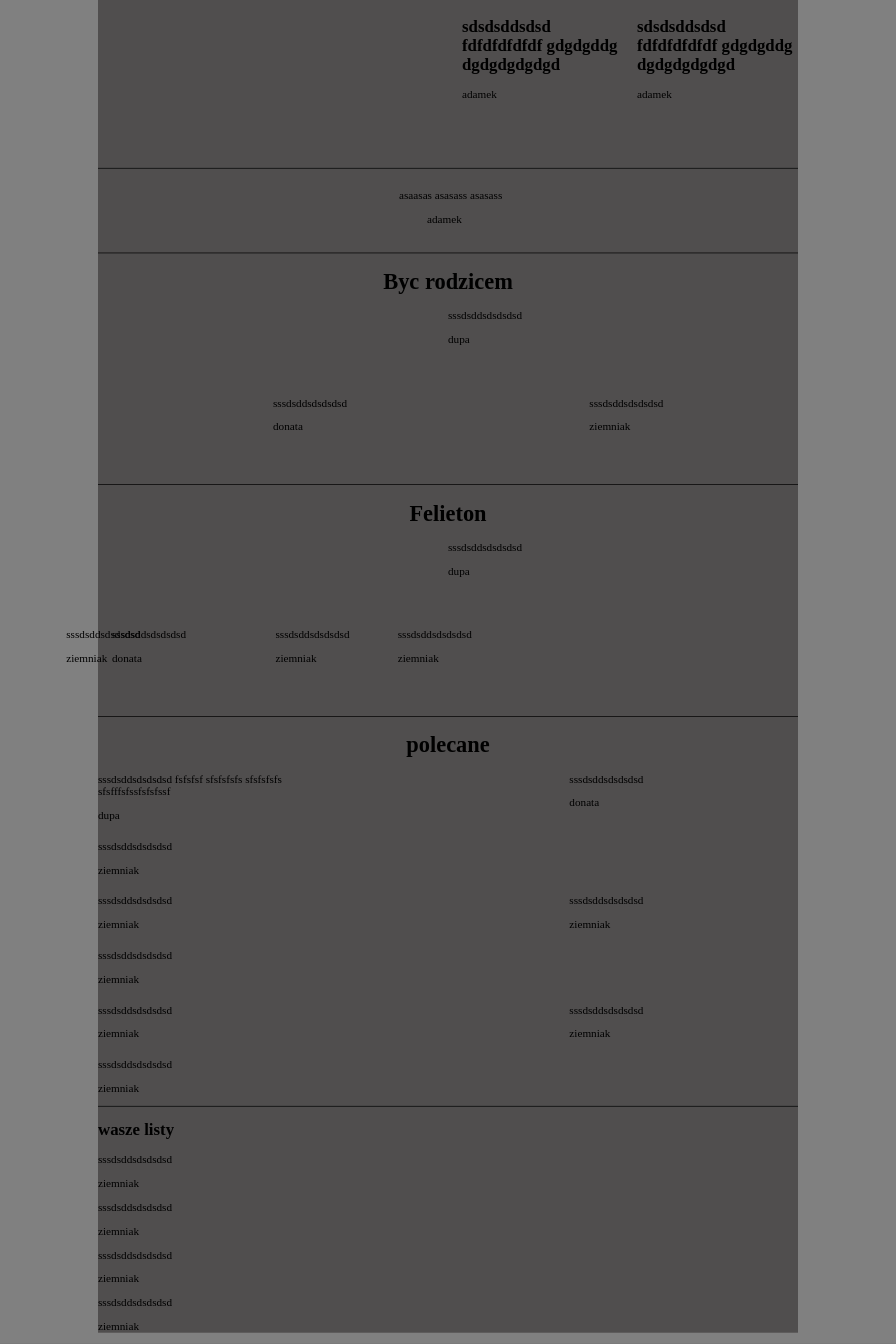
Repository: kq333/pitupitu.pl
Page: index.html
An editor plug-in stored every save of this project. The page is shown before and after the next save, followed by the edit.
The browser window is 1280 px wide. The pictures show the part of the page from y = 737 to 2657 px (the page is 2657 px tall before and 2607 px after), at 70% of full size.
The style sheet was rebuilt from its Sass, Less or Tailwind sources for each picture, by a compiler version that may differ from the author's.

Above is the page before, as saved 2020-11-04 11:23:02.

### index.html
<!DOCTYPE html>
<html lang="en">
<head>
    <meta charset="UTF-8">
    <meta name="viewport" content="width=device-width, initial-scale=1.0">
    <title>Document</title>
    <link rel="stylesheet" href="style/style.css">
</head>
<body>


<div id="container">
  <div id="content">
    <div id=bar>
        <ul class="ul_bar">Wyborcza
            <li>sdsd</li>
            <li>sdsd</li>
            <li>sdsd</li>
            <li>sdsd</li>
            <li>sdsd</li>
            <li>sdsd</li>
            <li>sdsd</li>
        </ul>
        <div class="loging">
            Logowanie
        </div>
    </div>
            <div id="logo"><p>Wysokie Obcasy</p>
                <ul class="ul_bar2">
                    <li>fdf</li>
                    <li>gccvcv</li>
                    <li>hghhgh</li>
                    <li>asaseerr</li>
                    <li>jljkj</li>
                    <li>wewewe</li>
                    <li>hghghh</li>
                </ul>


            </div>


           <div>

                <div class="block_1">
                    <div class="art1">
                        <article>
                        <h1>sdsdsddsdsd fdfdfdfdfdf gdgdgddg dgdgdgdgdgd</h1>


                            <p class="autor_name">adamek</p>
                        </article>
                    </div>

                    <div class="art2">
                            <article>
                                <h1>sdsdsddsdsd fdfdfdfdfdf gdgdgddg dgdgdgdgdgd</h1>


                                <p class="autor_name">adamek</p>
                            </article>
                     </div>
                     <div class="art3">
                            <article>
                                <h1>sdsdsddsdsd fdfdfdfdfdf gdgdgddg dgdgdgdgdgd</h1>


                                <p class="autor_name">adamek</p>
                            </article>
                      </div>
                      <div class="art4">
                            <article>
                                <h1>sdsdsddsdsd fdfdfdfdfdf gdgdgddg dgdgdgdgdgd</h1>


                                <p class="autor_name">adamek</p>
                            </article>
                       </div>
                            <div class="art5">
                                <article>
                                    <h1>sdsdsddsdsd fdfdfdfdfdf gdgdgddg dgdgdgdgdgd</h1>


                                    <p class="autor_name">adamek</p>
                                </article>
                            </div>
                                 <div class="art6">
                                    <article>
                                        <h1>sdsdsddsdsd fdfdfdfdfdf gdgdgddg dgdgdgdgdgd</h1>


                                        <p class="autor_name">adamek</p>
                                    </article>
                                 </div>
                                    <div class="art7">

                                        <article>
                                            <h1>sdsdsddsdsd fdfdfdfdfdf gdgdgddg dgdgdgdgdgd</h1>


                                            <p class="autor_name">adamek</p>
                                        </article>
                                    </div>

                                    <div class="art8">
                                            <article>
                                                <h1>sdsdsddsdsd fdfdfdfdfdf gdgdgddg dgdgdgdgdgd</h1>


                                                <p class="autor_name">adamek</p>
                                            </article>
                                    </div>
                                        <div class="art9">
                                                <article>

                                                    <h1>sdsdsddsdsd fdfdfdfdfdf gdgdgddg dgdgdgdgdgd</h1>


                                                    <p class="autor_name">adamek</p>
                                                </article>
                                        </div>
                </div>


                     <div class="quotes">
                         <p1>asaasas asasass asasass</p1>

                        <p class="autor_name">adamek</p>

                    </div>





                  <div class="section">
                    <header>
                        <h1>Byc rodzicem</h1>

                    </header>
                    </div>


                        <section class="family">


                                <div class="art10">
                                    <article> sssdsddsdsdsdsd
                                        <p class="autor_name">dupa</p>

                                    </article>

                                </div>
                                <div class="art11">
                                        <article> sssdsddsdsdsdsd
                                            <p class="autor_name">donata</p>

                                        </article>
                                </div>
                                    <div class="art12">
                                            <article> sssdsddsdsdsdsd
                                                <p class="autor_name">ziemniak</p>

                                            </article>
                                    </div>

                        </section>

                        <div class="section">
                        <header>
                            <h1>Felieton</h1>
                        </header>
                    </div>

                        <section class="column">

                            <div class="art13">
                                    <article> sssdsddsdsdsdsd
                                        <p class="autor_name">dupa</p>

                                    </article>

                            </div>
                                <div class="art14">
                                    <article> sssdsddsdsdsdsd
                                        <p class="autor_name">donata</p>

                                    </article>
                                </div>
                                     <div class="art15">
                                        <article> sssdsddsdsdsdsd
                                            <p class="autor_name">ziemniak</p>

                                        </article>
                                    </div>

                                        <div class="art16">
                                            <article> sssdsddsdsdsdsd
                                                <p class="autor_name">ziemniak</p>

                                            </article>
                                        </div>

                                        <div class="art17">
                                            <article> sssdsddsdsdsdsd
                                                <p class="autor_name">ziemniak</p>

                                            </article>
                                        </div>

                        </section>
                        <div class="section">
                        <header>
                            <h1>polecane</h1>

                        </header>
                    </div>

                            <section class="recommended">


                                    <div class="art18">
                                        <article> sssdsddsdsdsdsd
                                            fsfsfsf sfsfsfsfs sfsfsfsfs
                                            sfsfffsfssfsfsfssf
                                            <p class="autor_name">dupa</p>

                                        </article>
                                    </div>
                                        <div class="art19">
                                            <article> sssdsddsdsdsdsd
                                                <p class="autor_name">donata</p>

                                            </article>
                                        </div>
                                            <div class="art20">

                                                <article> sssdsddsdsdsdsd
                                                    <p class="autor_name">ziemniak</p>
                                                </article>
                                            </div>
                                                <div class="art21">
                                                    <article> sssdsddsdsdsdsd
                                                        <p class="autor_name">ziemniak</p>
                                                    </article>
                                                </div>
                                                    <div class="art22">
                                                        <article> sssdsddsdsdsdsd
                                                            <p class="autor_name">ziemniak</p>


                                                        </article>
                                                    </div>
                                                        <div class="art23">
                                                            <article> sssdsddsdsdsdsd
                                                                <p class="autor_name">ziemniak</p>


                                                            </article>
                                                        </div>

                                                            <div class="art24">
                                                                <article> sssdsddsdsdsdsd
                                                                    <p class="autor_name">ziemniak</p>


                                                                </article>
                                                            </div>
                                                                <div class="art25">
                                                                    <article> sssdsddsdsdsdsd
                                                                        <p class="autor_name">ziemniak</p>


                                                                    </article>
                                                                </div>
                                                                <div class="art26">
                                                            <article> sssdsddsdsdsdsd
                                                                <p class="autor_name">ziemniak</p>


                                                            </article>
                                                            </div>



                            </section>


                            <section>
                                <header>
                                    <h1>wasze listy</h1>

                                </header>

                                <article> sssdsddsdsdsdsd
                                    <p class="autor_name">ziemniak</p>


                                </article>

                                <article> sssdsddsdsdsdsd
                                    <p class="autor_name">ziemniak</p>


                                </article>

                                <article> sssdsddsdsdsdsd
                                    <p class="autor_name">ziemniak</p>


                                </article>

                                <article> sssdsddsdsdsdsd
                                    <p class="autor_name">ziemniak</p>


                                </article>


                            </section>

                            <footer>


                            </footer>



















































           </main>



  </div>




















</div>
</body>
</html>

### style/style.scss
body{
    background-color: grey;


}
#constainer{
    height: auto;
}

#content{
    margin:auto;
    background-color: rgb(80, 78, 78);
    width:1000px;

}


.ul_bar{
    width:960px;
    height: 40px;
    border-bottom: 1px solid black;


    li{
        list-style-type: none;
    }


}

#bar{
    display:grid;
    grid-template-columns: auto auto;
    width:1000px;



}

#logo{
    border-bottom: 1px solid black;
    width:1000px;
    height: 120px;
    p{
        margin-left:480px;
    }

    .ul_bar2{
        list-style-type: none;
        display:inline-flex;
        gap:55px;
        margin-left:170px;
    }
}

.block_1{
    width:1000px;
    display:grid;
    grid-template-columns: 500px auto auto;
    .art1{
    grid-row-start: 1;
    grid-row-end: 9;
    }
    gap: 20px;
}

.quotes{
    width: 940px;
    height: 60px;
    border-bottom: 1px solid black;
    border-top: 1px solid black;
    padding:30px;

    p1{
        margin-left: 400px;
        margin-top:130px;
    }
    p{
        margin-left: 440px;
    }

}

.section{
    text-align: center;
}
.family{
    width:1000px;
    height: 250px;
    border-bottom: 1px solid black;
    display:grid;
    grid-template-columns: auto auto auto;

    .art10{

        grid-column: 1 /span 3;
        margin-left: 500px;

            }
     .art11{
        margin-left: 250px;
     }

       .art12{
        margin-left: 250px;
     }

     h1{
        margin-left:500px;

    }

}

.column{
    width:1000px;
    height: 250px;
    border-bottom: 1px solid black;
    display:grid;
    grid-template-columns: auto auto auto auto auto;

    .art13{

        grid-column: 1 /span 5;
        margin-left: 500px;

            }
    .art14{
        margin-left: 20px;

     }

    .art15{
        margin-left: -250px;
     }

     .art16{
        margin-left: -30px;
     }

     .art17{
        margin-left: -10px;
     }

    h1{
        margin-left:500px;

        }

}


.recommended{
    width:1000px;
    height: auto;
    border-bottom: 1px solid black;
    display:grid;
    gap:10px;
    grid-template-columns: repeat(3, 1fr);
    grid-template-areas: " art18 .  art19"
                         " art20 .  art19"
                         " art21 . art22"
                         " art23 . art22"
                         " art24 . art25"
                         " art26 . art25"
                         ;




.art18{
grid-area:art18;


}

.art19{
grid-area: art19;

 }

.art20{
grid-area: art20;


 }

.art21{
grid-area: art21;
 }

.art22{
grid-area: art22;
 }

.art23{
grid-area: art23;
 }

.art24{
grid-area: art24;

 }

.art25{
grid-area: art25;
 }

.art26{
grid-area: art26;
 }
};

After the next save:
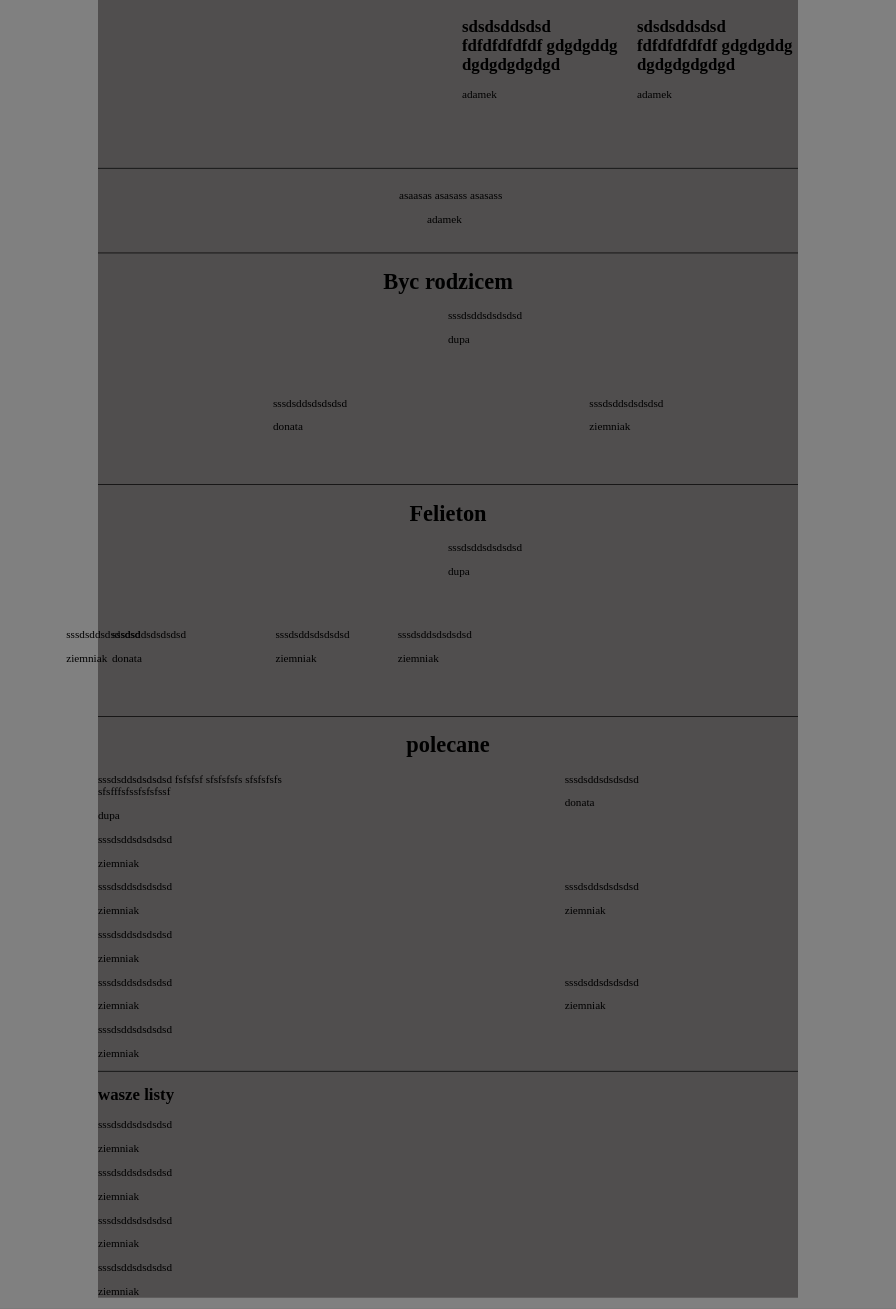
Saved 37 s later.
--- a/style/style.scss
+++ b/style/style.scss
@@ -155,7 +155,7 @@ body{
     height: auto;
     border-bottom: 1px solid black;
     display:grid;
-    gap:10px;
+    gap:-10px;
     grid-template-columns: repeat(3, 1fr);
     grid-template-areas: " art18 .  art19"
                          " art20 .  art19"
